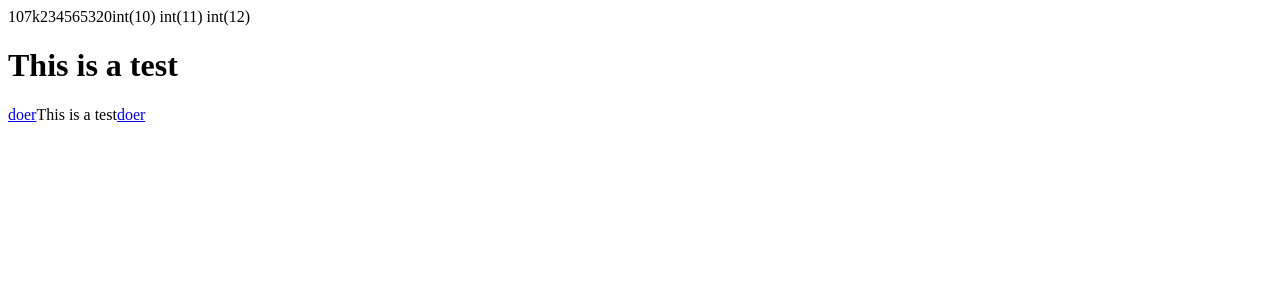
Repository: xiangyu-lin/Python_module
Page: http://localhost/10-String/10-5strFunc.php
The author's editor kept a copy of each file at every save. The page is drawn from the files as they stood at one save, then again after the next save.
The browser window is 1280 px wide. The pictures show the whole page.
The page is run by PHP 8.4 with error messages shown; the project is at /var/www/html/.

Above is the page before, as saved 2018-08-24 05:44:54.

### demo/10-String/10-5strFunc.php
<?php

// ord() 得到指定字符的 ASCII
// chr() 根据ASCII返回指定字符
$char = ord('k');
echo $char;
echo chr($char);

// substr($string, $strat[, $lenth]) 截取字符串
$string = '0123456';
echo substr($string, 2, 5);
echo substr($string, -2, -1); // 负数倒着数  往前取

/**
 * strcmp($str, $str2) 比较字符串大小,比较区分大小写
 * strcasecmp($str1, $str2) 忽略大小写比较
 * 返回值
 * 1 --> $str1 > $str2
 * -1 --> $str1 < $str2
 * 0 --> $str1 = $str2
 */
$str1 = 'a';
$str2 = 'A';
echo strcmp($str1, $str2);
echo strcasecmp($str1, $str2);

/**
 * 字符串查找
 * strpos($string, $search) 返回字符串首次出现的位置 区分大小写
 * stripos($string, $search) i --> ignore 忽略大小写
 * strrpos($string, $search) r --> right 最后一次出现的位置
 * strripos($string, $search) 忽略大小写 查找最后一次出现的位置
 * 没查到 返回  false
 *
 */
$email = '3139303033@qq.com';
var_dump(strpos($email, '@'));
var_dump(stripos($email, 'Q'));
var_dump(strrpos($email, 'q'));

/**
 * strip_tags($string[, $allowable_tags]) 过滤字符串中的HTML或php标签，返回过滤后的内容
 */
$str = "<h1>This is a test</h1><a href='http://www.doer.ren'>doer</a>";
echo $str;
echo strip_tags($str ,'<a>'); //留下a 过滤其他

After the next save:
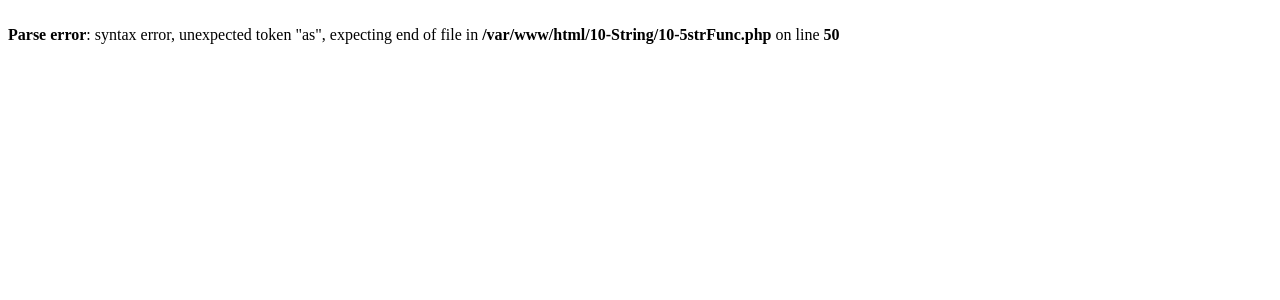
Saved 23 s later.
--- a/demo/10-String/10-5strFunc.php
+++ b/demo/10-String/10-5strFunc.php
@@ -44,3 +44,7 @@ var_dump(strrpos($email, 'q'));
 $str = "<h1>This is a test</h1><a href='http://www.doer.ren'>doer</a>";
 echo $str;
 echo strip_tags($str ,'<a>'); //留下a 过滤其他
+/**
+ * trim() 过滤字符串两端的空格
+ */
+as;

After the save that followed:
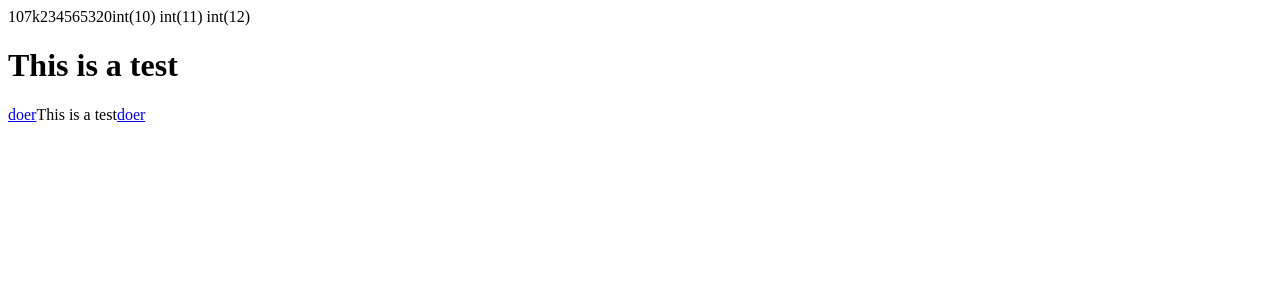
Saved 21 s later.
--- a/demo/10-String/10-5strFunc.php
+++ b/demo/10-String/10-5strFunc.php
@@ -47,4 +47,4 @@ echo strip_tags($str ,'<a>'); //留下a 过滤其他
 /**
  * trim() 过滤字符串两端的空格
  */
-as;
+$trimStr = ' abc ';
